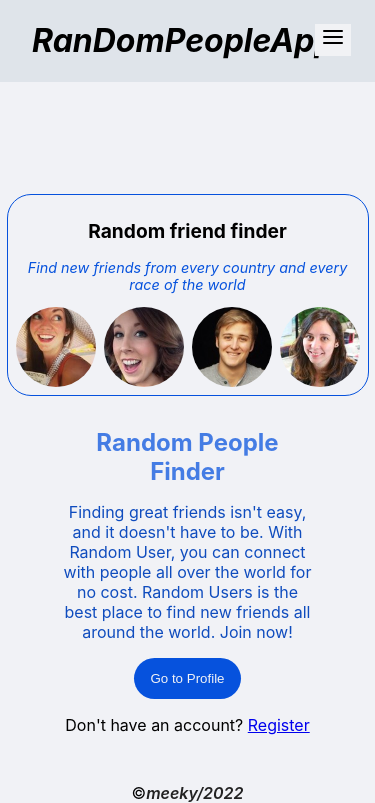
Repository: MikkyPrestige/RandomProfiles
Page: /
An editor plug-in stored every save of this project. The page is shown before and after the next save, followed by the edit.
The browser window is 375 px wide. The pictures show the whole page.
The project was rebuilt for these pictures with package versions that can differ from the ones it lists, and the page was loaded fresh each time. Also part of the build but not shown: src/components/users.jsx, src/assets/styles/search.css, src/components/search.jsx, src/assets/styles/help.css, src/components/help.jsx, src/assets/styles/about.css, src/components/about.jsx, src/assets/styles/error.css and 9 more.

Above is the page before, as saved 2022-12-06 22:57:02.

### public/index.html
<!DOCTYPE html>
<html lang="en">

<head>
  <meta charset="utf-8" />
  <link rel="icon" href="%PUBLIC_URL%/favicon.ico" />
  <meta name="viewport" content="width=device-width, initial-scale=1" />
  <meta name="theme-color" content="#000000" />
  <meta name="description" content="Web site created using create-react-app" />
  <link rel="apple-touch-icon" href="%PUBLIC_URL%/logo192.png" />
  <!--
      manifest.json provides metadata used when your web app is installed on a
      user's mobile device or desktop. See https://developers.google.com/web/fundamentals/web-app-manifest/
    -->
  <link rel="manifest" href="%PUBLIC_URL%/manifest.json" />
  <!--
      Notice the use of %PUBLIC_URL% in the tags above.
      It will be replaced with the URL of the `public` folder during the build.
      Only files inside the `public` folder can be referenced from the HTML.

      Unlike "/favicon.ico" or "favicon.ico", "%PUBLIC_URL%/favicon.ico" will
      work correctly both with client-side routing and a non-root public URL.
      Learn how to configure a non-root public URL by running `npm run build`.
    -->
  <title>AltSchool Assignment 2</title>
</head>

<body>
  <noscript>You need to enable JavaScript to run this app.</noscript>
  <div id="root"></div>
  <!--
      This HTML file is a template.
      If you open it directly in the browser, you will see an empty page.

      You can add webfonts, meta tags, or analytics to this file.
      The build step will place the bundled scripts into the <body> tag.

      To begin the development, run `npm start` or `yarn start`.
      To create a production bundle, use `npm run build` or `yarn build`.
    -->
</body>

</html>

### src/index.css
body {
  margin: 0;
  font-family: -apple-system, BlinkMacSystemFont, 'Segoe UI', 'Roboto', 'Oxygen',
    'Ubuntu', 'Cantarell', 'Fira Sans', 'Droid Sans', 'Helvetica Neue',
    sans-serif;
  -webkit-font-smoothing: antialiased;
  -moz-osx-font-smoothing: grayscale;
  background-color: #f1f2f6;
}

code {
  font-family: source-code-pro, Menlo, Monaco, Consolas, 'Courier New',
    monospace;
}

### src/App.jsx
import * as React from "react";
import { ErrorBoundary } from "react-error-boundary";
import { Route, Routes } from "react-router-dom";
import {
  Layout,
  Home,
  Users,
  Search,
  Help,
  About,
  Error,
  ErrorFallBack,
  Profile,
  ProfileDisplay,
  Register,
  UpdatePassword,
  Footer,
} from "./components";

const App = () => {
  return (
    <div className="App">
      <main>
        <ErrorBoundary FallbackComponent={ErrorFallBack}>
          <Layout />
          <Routes>
            <Route path="/" element={<Home />} />
            <Route path="users">
              <Route index element={<Users />} />
              <Route path=":id" element={<Search />} />
            </Route>
            <Route path="profile" element={<Profile />} />
            <Route path="profileDisplay" element={<ProfileDisplay />} />
            <Route path="register" element={<Register />} />
            <Route path="update" element={<UpdatePassword />} />
            <Route path="help" element={<Help />} />
            <Route path="about" element={<About />} />
            <Route path="*" element={<Error />} />
          </Routes>
        </ErrorBoundary>
        <Footer />
      </main>
    </div>
  );
};

export default App;

### src/components/index.js
export {  Layout, Back } from "./layout";
export { default as Home } from "./home";
export { default as Users } from "./users";
export { default as Search } from "./search";
export { default as Help } from "./help";
export { default as About } from "./about";
export { default as Error } from "./error";
export { default as ErrorFallBack } from "./errorFallback";
export { default as Profile } from "./profile";
export { default as ProfileDisplay } from "./profileDisplay";
export { default as Register } from "./register";
export { default as UpdatePassword } from "./update";
export { Footer } from "./avatar";

### src/components/layout.jsx
// LAYOUT COMPONENT - This component is for the App Layout that displays the Navigation bar in the app UI to the user when app is open

import { useState } from "react";
import { NavLink } from "react-router-dom";
import "../assets/styles/layout.css";
import { MdClose } from "react-icons/md";
import { FiMenu } from "react-icons/fi";

const CustomNavLink = ({ to, ...props }) => {
  let activeStyle = {
    textDecoration: "underline",
    color: "red",
  };

  return (
    <NavLink
      style={({ isActive }) =>
        isActive ? activeStyle : { textDecoration: "none" }
      }
      to={to}
      end
      {...props}
    />
  );
};

const LayoutSmall = () => {
  const [nav, setNav] = useState(false);

  const toggleNav = () => {
    setNav(!nav);
  };

  const closeNav = () => {
    setNav(false);
  };

  return (
    <div className="layout small">
      <header className="layout__header">
        <div className="layout__header--text">
          <h1 className="layout__header--title">RanDomPeopleApp</h1>
        </div>
        <nav className="layout__nav">
          <button onClick={toggleNav} className="layout--btn">
            {nav ? (
              <MdClose className="layout__btn--icon" />
            ) : (
              <FiMenu className="layout__btn--icon" />
            )}
          </button>
          <div className={`menuNav ${nav ? " showMenu" : ""}`}>
            <CustomNavLink
              to="/"
              end
              className="nav__item"
              onClick={() => closeNav()}
            >
              Home
            </CustomNavLink>
            <CustomNavLink
              to="profile"
              className="nav__item"
              onClick={() => closeNav()}
            >
              Users
            </CustomNavLink>
            <CustomNavLink
              to="about"
              className="nav__item"
              onClick={() => closeNav()}
            >
              About
            </CustomNavLink>
            <CustomNavLink
              to="help"
              className="nav__item"
              onClick={() => closeNav()}
            >
              Features
            </CustomNavLink>
          </div>
        </nav>
      </header>
    </div>
  );
};

const LayoutLarge = () => {
  return (
    <div className="layout large">
      <header className="layout__header">
        <div className="layout__header--text">
          <h1 className="layout__header--title">RanDomPeopleApp</h1>
        </div>
        <nav className="layout__nav">
          <div className="nav__items--large">
            <CustomNavLink to="/" className="nav__item--large">
              Home
            </CustomNavLink>
            <CustomNavLink to="profile" className="nav__item--large">
              Users
            </CustomNavLink>
            <CustomNavLink to="about" className="nav__item--large">
              About
            </CustomNavLink>
            <CustomNavLink to="help" className="nav__item--large">
              Features
            </CustomNavLink>
          </div>
        </nav>
      </header>
    </div>
  );
};

const Layout = () => {
  return (
    <div>
      <LayoutSmall />
      <LayoutLarge />
    </div>
  );
};

//  Navigate back home button
const Back = () => {
  const [isHover, setIsHover] = useState(false);

  const handleMouseEnter = () => {
    setIsHover(true);
  };

  const handleMouseLeave = () => {
    setIsHover(false);
  };

  const style = {
    border: "none",
    borderRadius: ".5rem",
    padding: " .5rem",
    fontSize: "1rem",
    fontWeight: "600",
    cursor: "pointer",
    backgroundColor: isHover ? "lightblue" : "rgb(0, 191, 255)",
    color: isHover ? "#f00" : "green",
  };

  return (
    <NavLink to="/" className="back__button">
      <button
        style={style}
        onMouseEnter={handleMouseEnter}
        onMouseLeave={handleMouseLeave}
      >
        Back ←{" "}
      </button>
    </NavLink>
  );
};

export { Layout, Back };

### src/components/home.jsx
// HOME COMPONENT - This component is the Home section of the app that displays app Home page on load and when the 'HOME' button in the header is clicked

import { Link, useNavigate } from "react-router-dom";
import "../assets/styles/home.css";
import { Avatar } from "./avatar";
import FirstFemale from "../assets/img/female-1.jpg";
import SecondFemale from "../assets/img/female-2.jpg";
import ThirdFemale from "../assets/img/female-3.jpg";
import FirstMale from "../assets/img/male-1.jpg";
import SecondMale from "../assets/img/male-2.jpg";

const Home = () => {
  const navigate = useNavigate();
  const getStarted = () => {
    navigate("/profileDisplay"); // Redirect the user to the users component when the get started button is clicked
  };

  return (
    <div className="home">
      <div className="home__container">
        <div className="desc">
          <h1 className="desc__heading">Random people finder</h1>
          <p className="desc__paragraph">
            Finding great friends isn't easy, and it doesn't have to be. With
            Random User, you can connect with people all over the world for no
            cost. Random Users is the best place to find new friends all around
            the world. Join now!
          </p>
          <button onClick={getStarted} className="desc__cta">
            Go to Profile
          </button>
          <p className="register__text">
            Don't have an account?{" "}
            <Link to="/register" className="register__link">
              Register
            </Link>
          </p>
        </div>
        <div className="home__wrapper">
          <h2 className="home__heading">Random friend finder</h2>
          <p className="home__text">
            Find new friends from every country and every race of the world
          </p>
          <div className="home__img">
            <Avatar
              image={FirstFemale}
              alt="Female One"
              style={{ width: "5rem", height: "5rem", borderRadius: "50%" }}
            />
            <Avatar
              image={SecondFemale}
              alt="Female Two"
              style={{ width: "5rem", height: "5rem", borderRadius: "50%" }}
            />
            <Avatar
              image={FirstMale}
              alt="Male One"
              style={{ width: "5rem", height: "5rem", borderRadius: "50%" }}
            />
            <Avatar
              image={ThirdFemale}
              alt="Female Three"
              style={{ width: "5rem", height: "5rem", borderRadius: "50%" }}
            />
            <div className="hidden">
            <Avatar
              image={SecondMale}
              alt="Male Two"
              style={{ width: "5rem", height: "5rem", borderRadius: "50%" }}
            />
            </div>
          </div>
        </div>
      </div>
    </div>
  );
};

export default Home;

### src/components/avatar.jsx
// AVATAR COMPONENT - This component is for the Images used in the app.

import "../assets/styles/layout.css";

export const Avatar = ({ image = "", alt = "", style = {} }) => {
  return (
    <div className="avatar">
      <img src={image} alt={alt} style={style} />
    </div>
  );
};

// FOOTER COMPONENT - for the attribution

export const Footer = () => {
  return (
    <div className="attribution">
      <footer>
        &copy;
        <a
          href="https://github.com/MeekyBerry"
          target="_blank"
          rel="noreferrer"
          className="footer"
        >
          meeky/2022
        </a>
      </footer>
    </div>
  );
};

### src/assets/styles/layout.css
.layout {
  background-color: #dfe4ea;
  width: 100%;
}

.layout__nav {
  display: flex;
  align-items: center;
  justify-content: space-between;
  position: relative;
  padding-right: 2rem;
}

.layout__header {
  display: flex;
  justify-content: space-between;
  align-items: center;
}

.layout__header--title {
  font-style: oblique;
  padding-left: 2rem;
}

.layout--btn {
  position: fixed;
  top: 1.5rem;
  right: 1.5rem;
  z-index: 10;
  background-color: #f1f2f5;
  border: none;
  font-size: 1.5rem;
  cursor: pointer;
}

.menuNav {
  position: fixed;
  top: 6rem;
  right: 0;
  width: 0;
  max-width: 10rem;
  height: 100%;
  background-color: #f1f2f5;
  z-index: 5;
  overflow: hidden;
}

.menuNav.showMenu {
  width: 100%;
  transition: all 2s ease-in;
  -webkit-transition: all 2s ease-in;
  -moz-transition: all 2s ease-in;
  -ms-transition: all 2s ease-in;
  -o-transition: all 2s ease-in;
}

.nav__items {
  display: flex;
  align-items: center;
  list-style: none;
  /* flex-wrap: wrap; */
}

.nav__item {
  font-size: 1.2rem;
  padding: 1rem;
  text-transform: uppercase;
  display: block;
  text-align: center;
  text-transform: uppercase;
  color: #0046dc;
}

.nav__item:hover {
  color: #7dd5c6;
}

.nav__items--large {
  display: flex;
  gap: 2rem;
}

.nav__item--large {
  text-transform: uppercase;
  font-size: 1.1rem;
  font-weight: 700;
  letter-spacing: .2rem;
  color: #0046dc;
}

.attribution {
  text-align: center;
}

.footer {
  color: #222;
  text-decoration: none;
  cursor: pointer;
  font-style: italic;
  font-weight: 600;
}

/* MEDIA QUERY TO HIDE THE NAVIGATION BAR HAMBURGER ON LARGE SCREENS */

@media screen and (min-width: 768px) {
  .small {
    display: none;
  }

  .large {
    display: block;
  }
}

@media screen and (max-width: 768px) {
  .small {
    display: block;
  }

  .large {
    display: none;
  }
}

@media screen and (max-width: 900px) {
  .nav__item--large {
    font-size: 1rem;
    margin-right: -.5rem;
  }

}

### src/assets/styles/home.css
.home {
  margin-top: 5rem;
  text-align: center;
  padding: 2rem;
}

.home__container {
  display: flex;
  justify-content: space-around;
  align-items: center;
  gap: 1rem;
}

.desc {
  width: 40%;
}

.desc__heading {
  font-size: 2rem;
  color: #0651ddbb;
  text-transform: capitalize;
}

.desc__paragraph {
  font-size: 1rem;
  color: #0f4cbe;
}

.desc__cta {
  background-color: #0652dd;
  color: #f1f2f6;
  padding: 0.8rem 1rem;
  border: none;
  border-radius: 1.5rem;
}

.desc__cta:hover {
  background-color: #0f4cbe;
}

.home__wrapper {
  border: 1px solid #0652dd;
  border-radius: 1.5rem;
  padding: 1rem;
  height: min-content;
}

.home__text {
  font-style: italic;
  color: #0652dd;
}

.home__img {
  display: flex;
  align-items: center;
  gap: 1rem;
}

.avatar {
  width: 5rem;
  height: 5rem;
  border-radius: 50%;
  -webkit-border-radius: 50%;
  -moz-border-radius: 50%;
  -ms-border-radius: 50%;
  -o-border-radius: 50%;
}

@media screen and (max-width: 900px) {
  .home__container {
    flex-direction: column-reverse;
  }

  .desc {
    width: 60%;
  }

  .desc__heading {
    font-size: 1.5rem;
  }
}

@media screen and (max-width: 600px) {
  .desc {
    width: 80%;
  }

  .home__img {
    gap: .5rem;
  }

  .hidden {
    display: none;
  }


  .home__text {
    font-size: .9rem;
  }

  .home__heading {
    font-size: 1.2rem;
  }

  .home__wrapper {
    padding: .5rem;
  }
}

/* @media screen and (max-width) {
  .home__wrapper {
    padding: 1rem;
  }

  .home__img {
    width: 2rem;
  }
} */

### src/assets/styles/users.css
.users {
  background-color: #fff;
  border: 1px solid #ccc;
  border-radius: 0.5rem;
  padding: 1rem;
  margin: 1rem;
}

.users__container {
  display: flex;
  flex-direction: column;
  justify-content: center;
  align-items: center;
}

.users__heading {
  text-align: center;
  text-transform: uppercase;
  font-size: 1.5rem;
  font-weight: bold;
  margin-bottom: 1rem;
}

.users__list {
  list-style: none;
  padding: 2rem;
  margin: 1rem auto;
  width: 85%;
  display: grid;
  grid-template-columns: repeat(3, minmax(200px, 1fr));
  grid-gap: 3rem;
}

.user__items {
  border-bottom: 1px solid #ccc;
}

.user__item {
  background-color: #fff;
  border: 1px solid #ccc;
  border-radius: 0.5rem;
  padding: 1rem;
}

.user__img {
  width: 80%;
  border-radius: 10%;
  margin-left: 1rem;
}

/* BUTTON BELOW */
.btn__container {
  display: flex;
  justify-content: center;
  align-items: center;
}

.active:hover {
  background-color: #ced6e0;
  color: #1e90ff;
}

.active:active {
  background-color: #70a1ff;
  color: #ced6e0;
}

.btn__array {
  padding: 0.5rem;
  margin: 0.5rem;
  font-size: 1rem;
  border-radius: 0.5rem;
  border: none;
  cursor: pointer;
}

.search__box {
  display: flex;
  justify-content: center;
  align-items: center;
}

.search__link {
  background-color: #fff;
  border: 1px solid #ccc;
  color: #1e90ff;
  border-radius: 1rem;
  width: 18rem;
  padding: 0.5rem;
  margin: 1rem;
  font-size: 1rem;
  font-weight: bold;
  cursor: pointer;
  text-align: center;
  text-decoration: none;
  animation: search 1s ease-in-out infinite;
}

.search__link:hover {
  background-color: #1e90ff;
  color: #fff;
  animation: none;
}

.search__link:active {
  background-color: #70a1ff;
  color: #fff;
  animation: none;
}

@keyframes search {
  0% {
    transform: scale(1);
  }

  50% {
    transform: scale(1.2);
  }

  100% {
    transform: scale(1);
  }
}

Loaded but not shown: src/index.js (common file)

After the next save:
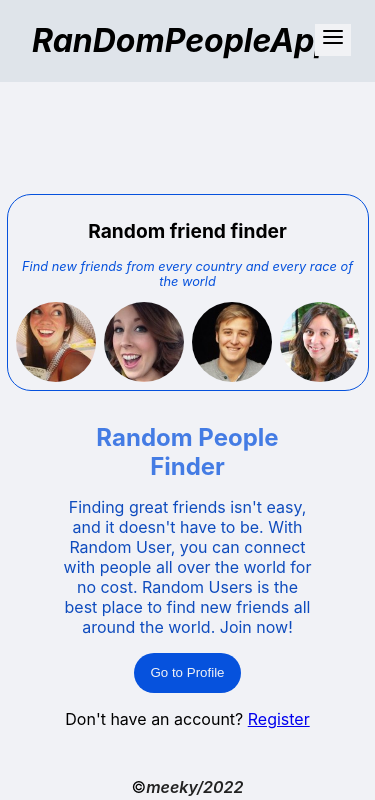
Saved 3 min 57 s later.
--- a/src/assets/styles/home.css
+++ b/src/assets/styles/home.css
@@ -107,12 +107,8 @@
   }
 }
 
-/* @media screen and (max-width) {
-  .home__wrapper {
-    padding: 1rem;
+@media screen and (max-width: 500px) {
+  .home__text {
+    font-size: .8rem;
   }
-
-  .home__img {
-    width: 2rem;
-  }
-} */
+}
